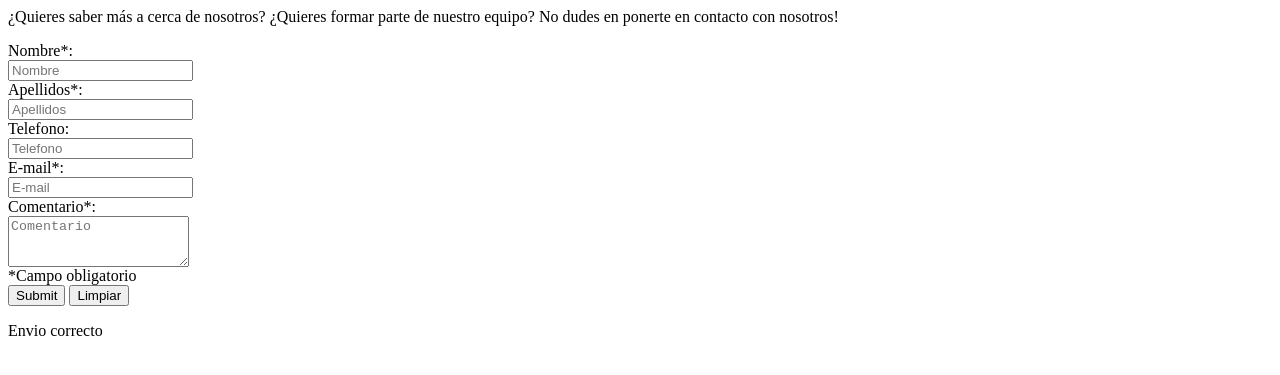
Repository: DiegoGodoy/atletiblue
Page: app/views/contacto.html
The author's editor kept a record of every edit. The page is drawn from the files as they stood at one moment, then again after the next edit.
The browser window is 1280 px wide. The pictures show the whole page.

Above is the page before.

After the next edit:
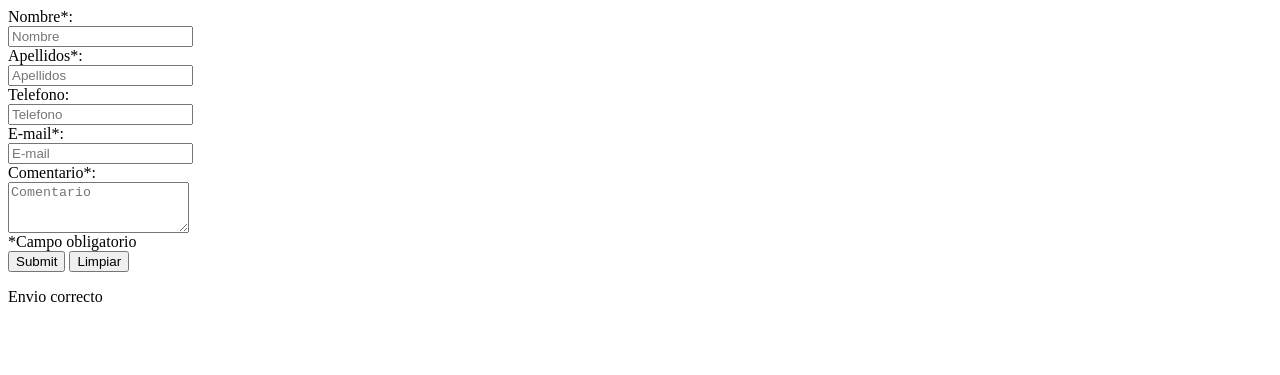
The edit:
--- a/app/views/contacto.html
+++ b/app/views/contacto.html
@@ -5,7 +5,7 @@
                 <div class="panel">
                     <div class="panel-body">
                         <div>
-                        <p>¿Quieres saber más a cerca de nosotros? ¿Quieres formar parte de nuestro equipo? No dudes en ponerte en contacto con nosotros!</p>
+                        <h2 ¿Quieres saber más a cerca de nosotros? ¿Quieres formar parte de nuestro equipo? No dudes en ponerte en contacto con nosotros!>
                         </div>
 
                         <div>
